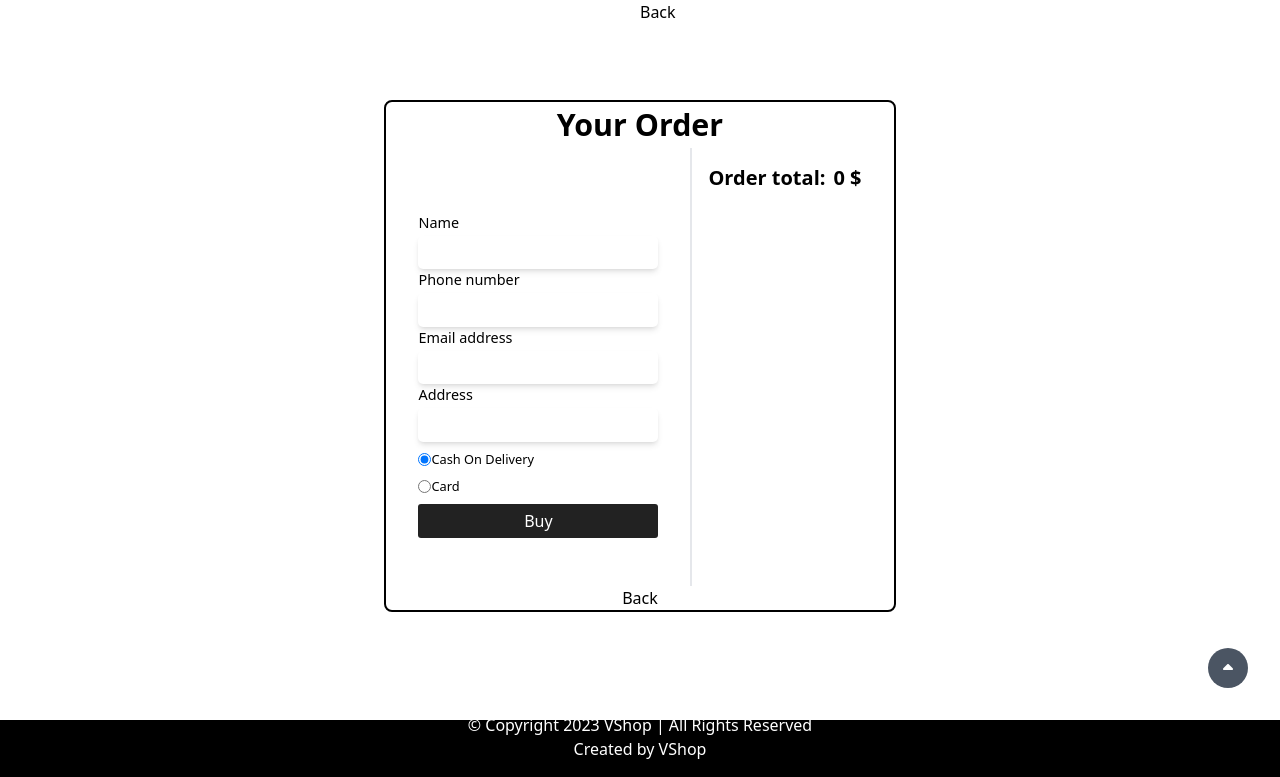
Repository: Kith933UTH/VSHOP
Page: /payment
The author's editor kept a copy of each file at every save. The page is drawn from the files as they stood at one save, then again after the next save.
The browser window is 1280 px wide. The pictures show the whole page.
Pictures or frames that could not be fetched are drawn as grey boxes. The project was rebuilt for these pictures with package versions that can differ from the ones it lists, and the page was loaded fresh each time. Also part of the build but not shown: src/components/product-item/ProductItem.js, src/components/loader/Loader.js, src/constants/constants.js, src/components/product-filters/Category.js, src/components/product-filters/Price.js, src/components/product-filters/Rating.js, src/components/product-filters/ProductFilters.js, src/components/cart-shopping/CartEmpty.js and 20 more.

Above is the page before, as saved 2023-08-04 23:17:16.

After the next save:
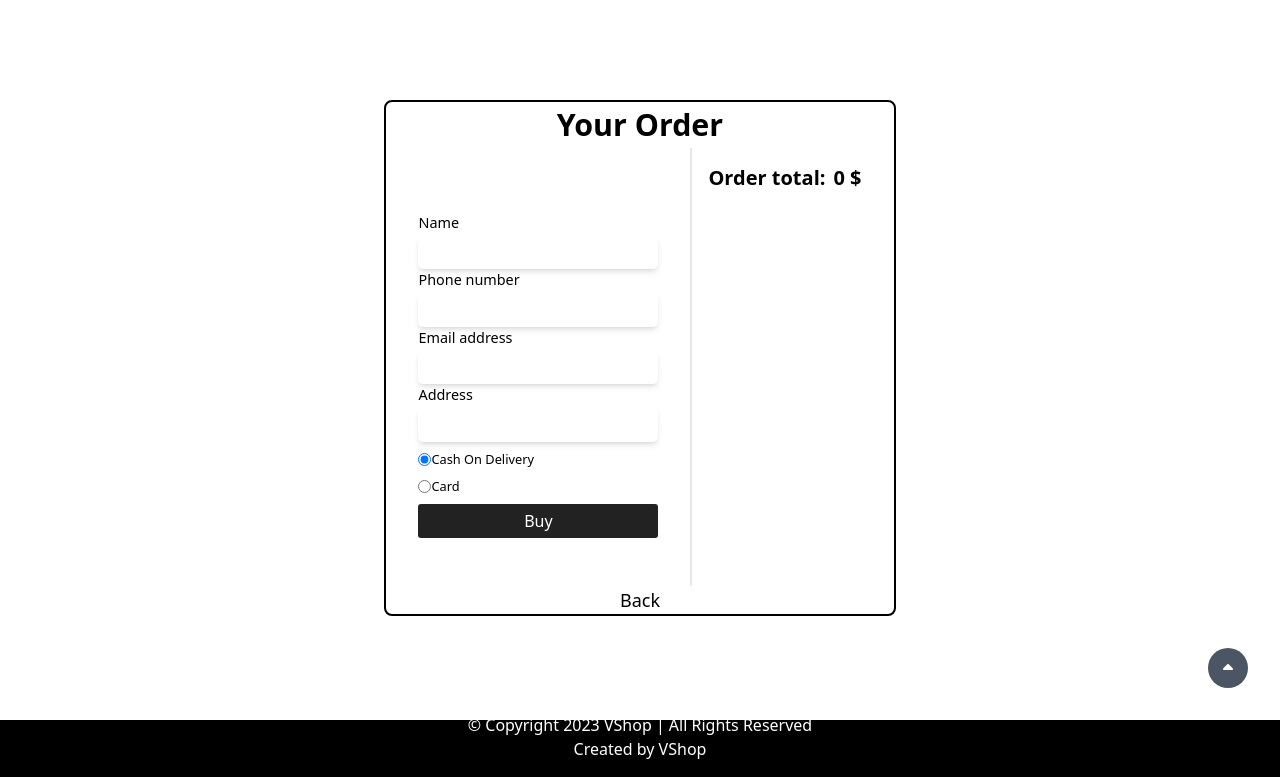
Saved 2 min 51 s later.
--- a/src/components/payment/Payment.js
+++ b/src/components/payment/Payment.js
@@ -15,7 +15,6 @@ export function Payment({login}) {
         <div className="payment-page text-center m-5-auto flex justify-center">
             <div className="border-2 rounded-lg border-black w-max h-fit">
             <h2>Your Order</h2>
-            <button className="absolute top-0" onClick={() => navigate(-1)}>Back</button>
             <div className="flex flex-row justify-center">
                 <form className="border-none bg-none m-0" action="/success">
                     <p>
@@ -58,7 +57,7 @@ export function Payment({login}) {
                 </div>
             </div>
             <footer>
-                <button onClick={() => navigate(-1)}>Back</button>
+                <button className="text-lg" onClick={() => navigate(-1)}>Back</button>
             </footer>
             </div>
         </div>
